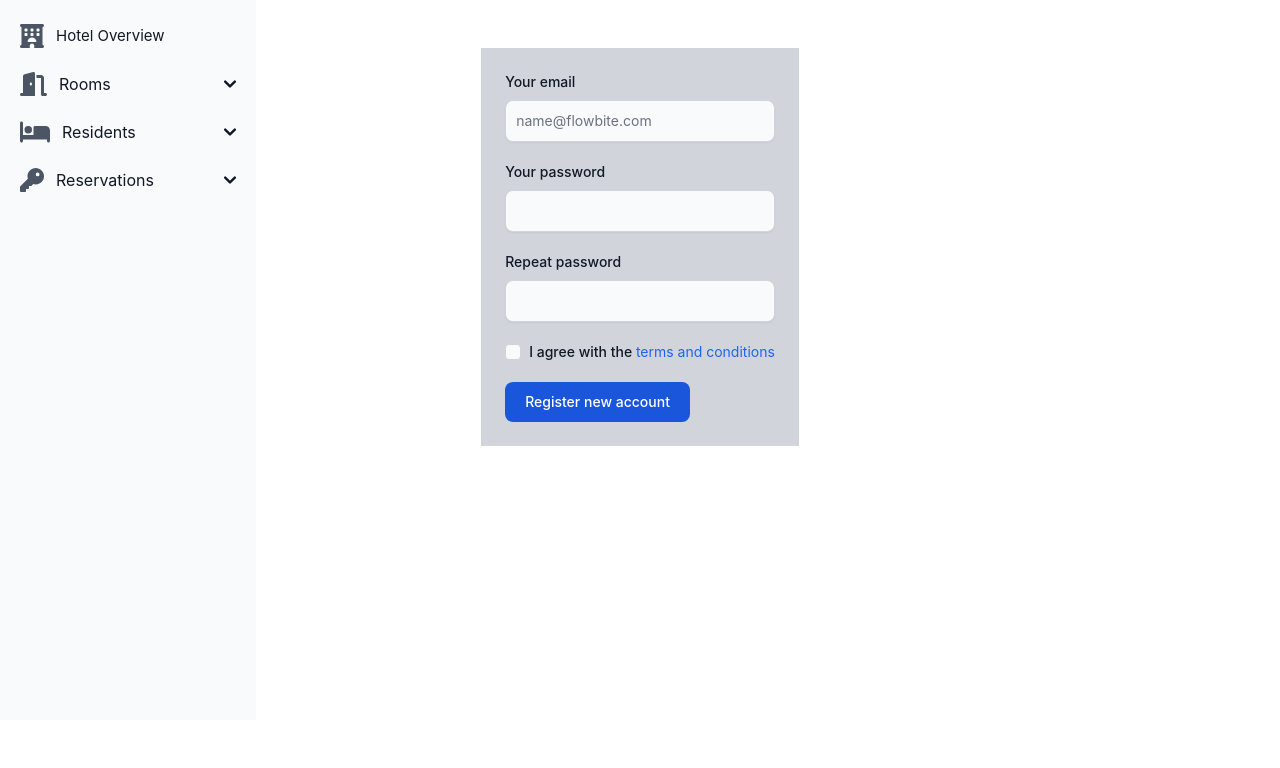
Repository: aggepap/hotelReservationsProj
Page: /rooms/add (app in admin-panel/)
These files come from the project's save history. The page is drawn as it stood at one moment and after the next save; the edit follows.
The browser window is 1280 px wide. The pictures show the whole page.
The project was rebuilt for these pictures with package versions that can differ from the ones it lists, and the page was loaded fresh each time. Also part of the build but not shown: admin-panel/vite.config.ts, admin-panel/src/views/HomeView.vue.

Above is the page before, as saved 2025-01-19 15:42:28.

### admin-panel/index.html
<!DOCTYPE html>
<html lang="">
  <head>
    <meta charset="UTF-8" />
    <link rel="icon" href="/favicon.ico" />
    <meta name="viewport" content="width=device-width, initial-scale=1.0" />
    <title>Vite App</title>
  </head>
  <body>
    <div id="app"></div>
    <script type="module" src="/src/main.ts"></script>
  </body>
</html>

### admin-panel/src/main.ts
import "./assets/main.css";
import "primeicons/primeicons.css";
import "flowbite";

import { createApp } from "vue";
import App from "./App.vue";
import router from "./router";

const app = createApp(App);

app.use(router);

app.mount("#app");

### admin-panel/src/assets/main.css
@import "./base.css";
@tailwind base;
@tailwind components;
@tailwind utilities;

### admin-panel/src/App.vue
<script setup lang="ts">
import { RouterLink, RouterView } from "vue-router";
import { FontAwesomeIcon } from "@fortawesome/vue-fontawesome";
import { faDoorOpen } from "@fortawesome/free-solid-svg-icons";
import { faHotel } from "@fortawesome/free-solid-svg-icons";
import { faBed } from "@fortawesome/free-solid-svg-icons";
import { faKey } from "@fortawesome/free-solid-svg-icons";
</script>

<template>
  <button
    data-drawer-target="sidebar-multi-level-sidebar"
    data-drawer-toggle="sidebar-multi-level-sidebar"
    aria-controls="sidebar-multi-level-sidebar"
    type="button"
    class="inline-flex items-center p-2 mt-2 ms-3 text-sm text-gray-500 rounded-lg sm:hidden hover:bg-gray-100 focus:outline-none focus:ring-2 focus:ring-gray-200 dark:text-gray-400 dark:hover:bg-gray-700 dark:focus:ring-gray-600"
  >
    <span class="sr-only">Open sidebar</span>
    <svg
      class="w-6 h-6"
      aria-hidden="true"
      fill="currentColor"
      viewBox="0 0 20 20"
      xmlns="http://www.w3.org/2000/svg"
    >
      <path
        clip-rule="evenodd"
        fill-rule="evenodd"
        d="M2 4.75A.75.75 0 012.75 4h14.5a.75.75 0 010 1.5H2.75A.75.75 0 012 4.75zm0 10.5a.75.75 0 01.75-.75h7.5a.75.75 0 010 1.5h-7.5a.75.75 0 01-.75-.75zM2 10a.75.75 0 01.75-.75h14.5a.75.75 0 010 1.5H2.75A.75.75 0 012 10z"
      ></path>
    </svg>
  </button>

  <aside
    id="sidebar-multi-level-sidebar"
    class="fixed top-0 left-0 z-40 w-64 h-screen transition-transform -translate-x-full sm:translate-x-0"
    aria-label="Sidebar"
  >
    <div class="h-full px-3 py-4 overflow-y-auto bg-gray-50 dark:bg-gray-800">
      <ul class="space-y-2 font-medium">
        <li>
          <a
            href="#"
            class="flex items-center p-2 text-gray-900 rounded-lg dark:text-white hover:bg-gray-100 dark:hover:bg-gray-700 group"
          >
            <FontAwesomeIcon class="text-gray-600 text-2xl" :icon="faHotel" />
            <span class="ms-3">Hotel Overview</span>
          </a>
        </li>
        <li>
          <button
            type="button"
            class="flex items-center w-full p-2 text-base text-gray-900 transition duration-75 rounded-lg group hover:bg-gray-100 dark:text-white dark:hover:bg-gray-700"
            aria-controls="dropdown-rooms"
            data-collapse-toggle="dropdown-rooms"
          >
            <FontAwesomeIcon
              class="text-gray-600 text-2xl"
              :icon="faDoorOpen"
            />

            <span class="flex-1 ms-3 text-left rtl:text-right whitespace-nowrap"
              >Rooms</span
            >
            <svg
              class="w-3 h-3"
              aria-hidden="true"
              xmlns="http://www.w3.org/2000/svg"
              fill="none"
              viewBox="0 0 10 6"
            >
              <path
                stroke="currentColor"
                stroke-linecap="round"
                stroke-linejoin="round"
                stroke-width="2"
                d="m1 1 4 4 4-4"
              />
            </svg>
          </button>
          <ul id="dropdown-rooms" class="hidden py-2 space-y-2">
            <li>
              <RouterLink
                to="/rooms/add"
                class="flex justify-start gap-2 items-start w-full p-2 text-gray-900 transition duration-75 rounded-lg pl-11 group hover:bg-gray-100 dark:text-white dark:hover:bg-gray-700"
              >
                <i class="pi pi-plus pt-1"></i> Add new Room</RouterLink
              >
            </li>
          </ul>
        </li>
        <li>
          <button
            type="button"
            class="flex items-center w-full p-2 text-base text-gray-900 transition duration-75 rounded-lg group hover:bg-gray-100 dark:text-white dark:hover:bg-gray-700"
            aria-controls="dropdown-residents"
            data-collapse-toggle="dropdown-residents"
          >
            <FontAwesomeIcon class="text-gray-600 text-2xl" :icon="faBed" />

            <span class="flex-1 ms-3 text-left rtl:text-right whitespace-nowrap"
              >Residents</span
            >
            <svg
              class="w-3 h-3"
              aria-hidden="true"
              xmlns="http://www.w3.org/2000/svg"
              fill="none"
              viewBox="0 0 10 6"
            >
              <path
                stroke="currentColor"
                stroke-linecap="round"
                stroke-linejoin="round"
                stroke-width="2"
                d="m1 1 4 4 4-4"
              />
            </svg>
          </button>
          <ul id="dropdown-residents" class="hidden py-2 space-y-2">
            <li>
              <a
                href="#"
                class="flex justify-start gap-2 items-start w-full p-2 text-gray-900 transition duration-75 rounded-lg pl-11 group hover:bg-gray-100 dark:text-white dark:hover:bg-gray-700"
              >
                <i class="pi pi-plus pt-1"></i> Add a Resident</a
              >
            </li>
          </ul>
        </li>
        <li>
          <button
            type="button"
            class="flex items-center w-full p-2 text-base text-gray-900 transition duration-75 rounded-lg group hover:bg-gray-100 dark:text-white dark:hover:bg-gray-700"
            aria-controls="dropdown-reservations"
            data-collapse-toggle="dropdown-reservations"
          >
            <FontAwesomeIcon class="text-gray-600 text-2xl" :icon="faKey" />

            <span class="flex-1 ms-3 text-left rtl:text-right whitespace-nowrap"
              >Reservations</span
            >
            <svg
              class="w-3 h-3"
              aria-hidden="true"
              xmlns="http://www.w3.org/2000/svg"
              fill="none"
              viewBox="0 0 10 6"
            >
              <path
                stroke="currentColor"
                stroke-linecap="round"
                stroke-linejoin="round"
                stroke-width="2"
                d="m1 1 4 4 4-4"
              />
            </svg>
          </button>
          <ul id="dropdown-reservations" class="hidden py-2 space-y-2">
            <li>
              <a
                href="#"
                class="flex justify-start gap-2 items-start w-full p-2 text-gray-900 transition duration-75 rounded-lg pl-11 group hover:bg-gray-100 dark:text-white dark:hover:bg-gray-700"
              >
                <i class="pi pi-plus pt-1"></i> Add a Reservation</a
              >
            </li>
          </ul>
        </li>
      </ul>
    </div>
  </aside>

  <main class="flex items-start w-full h-screen mt-12">
    <div class="mx-auto max-w-screen-xl p-4 md:p-6 bg-gray-300">
      <RouterView />
    </div>
  </main>
</template>

### admin-panel/src/router/index.ts
import { createRouter, createWebHistory } from "vue-router";
import HomeView from "../views/HomeView.vue";
import AddRoomView from "@/views/roomviews/AddRoomView.vue";

const router = createRouter({
  history: createWebHistory(import.meta.env.BASE_URL),
  routes: [
    {
      path: "/",
      name: "home",
      component: HomeView,
    },
    {
      path: "/rooms/add",
      name: "addRoom",
      component: AddRoomView,
    },
    {
      path: "/about",
      name: "about",
      // route level code-splitting
      // this generates a separate chunk (About.[hash].js) for this route
      // which is lazy-loaded when the route is visited.
      component: () => import("../views/AboutView.vue"),
    },
  ],
});

export default router;

### admin-panel/src/views/roomviews/AddRoomView.vue
<script setup></script>

<template>
  <form class="max-w-sm mx-auto">
    <div class="mb-5">
      <label
        for="email"
        class="block mb-2 text-sm font-medium text-gray-900 dark:text-white"
        >Your email</label
      >
      <input
        type="email"
        id="email"
        class="shadow-sm bg-gray-50 border border-gray-300 text-gray-900 text-sm rounded-lg focus:ring-blue-500 focus:border-blue-500 block w-full p-2.5 dark:bg-gray-700 dark:border-gray-600 dark:placeholder-gray-400 dark:text-white dark:focus:ring-blue-500 dark:focus:border-blue-500 dark:shadow-sm-light"
        placeholder="name@flowbite.com"
        required
      />
    </div>
    <div class="mb-5">
      <label
        for="password"
        class="block mb-2 text-sm font-medium text-gray-900 dark:text-white"
        >Your password</label
      >
      <input
        type="password"
        id="password"
        class="shadow-sm bg-gray-50 border border-gray-300 text-gray-900 text-sm rounded-lg focus:ring-blue-500 focus:border-blue-500 block w-full p-2.5 dark:bg-gray-700 dark:border-gray-600 dark:placeholder-gray-400 dark:text-white dark:focus:ring-blue-500 dark:focus:border-blue-500 dark:shadow-sm-light"
        required
      />
    </div>
    <div class="mb-5">
      <label
        for="repeat-password"
        class="block mb-2 text-sm font-medium text-gray-900 dark:text-white"
        >Repeat password</label
      >
      <input
        type="password"
        id="repeat-password"
        class="shadow-sm bg-gray-50 border border-gray-300 text-gray-900 text-sm rounded-lg focus:ring-blue-500 focus:border-blue-500 block w-full p-2.5 dark:bg-gray-700 dark:border-gray-600 dark:placeholder-gray-400 dark:text-white dark:focus:ring-blue-500 dark:focus:border-blue-500 dark:shadow-sm-light"
        required
      />
    </div>
    <div class="flex items-start mb-5">
      <div class="flex items-center h-5">
        <input
          id="terms"
          type="checkbox"
          value=""
          class="w-4 h-4 border border-gray-300 rounded bg-gray-50 focus:ring-3 focus:ring-blue-300 dark:bg-gray-700 dark:border-gray-600 dark:focus:ring-blue-600 dark:ring-offset-gray-800 dark:focus:ring-offset-gray-800"
          required
        />
      </div>
      <label
        for="terms"
        class="ms-2 text-sm font-medium text-gray-900 dark:text-gray-300"
        >I agree with the
        <a href="#" class="text-blue-600 hover:underline dark:text-blue-500"
          >terms and conditions</a
        ></label
      >
    </div>
    <button
      type="submit"
      class="text-white bg-blue-700 hover:bg-blue-800 focus:ring-4 focus:outline-none focus:ring-blue-300 font-medium rounded-lg text-sm px-5 py-2.5 text-center dark:bg-blue-600 dark:hover:bg-blue-700 dark:focus:ring-blue-800"
    >
      Register new account
    </button>
  </form>
</template>

### admin-panel/tailwind.config.js
/** @type {import('tailwindcss').Config} */
export default {
  content: [
    "./index.html",
    "./src/**/*.{vue,js,ts,jsx,tsx}",
    "./node_modules/flowbite/**/*.js",
  ],
  theme: {
    extend: {},
  },
  plugins: [require("flowbite/plugin")],
};

Loaded but not shown: admin-panel/src/assets/base.css (common file)

After the next save:
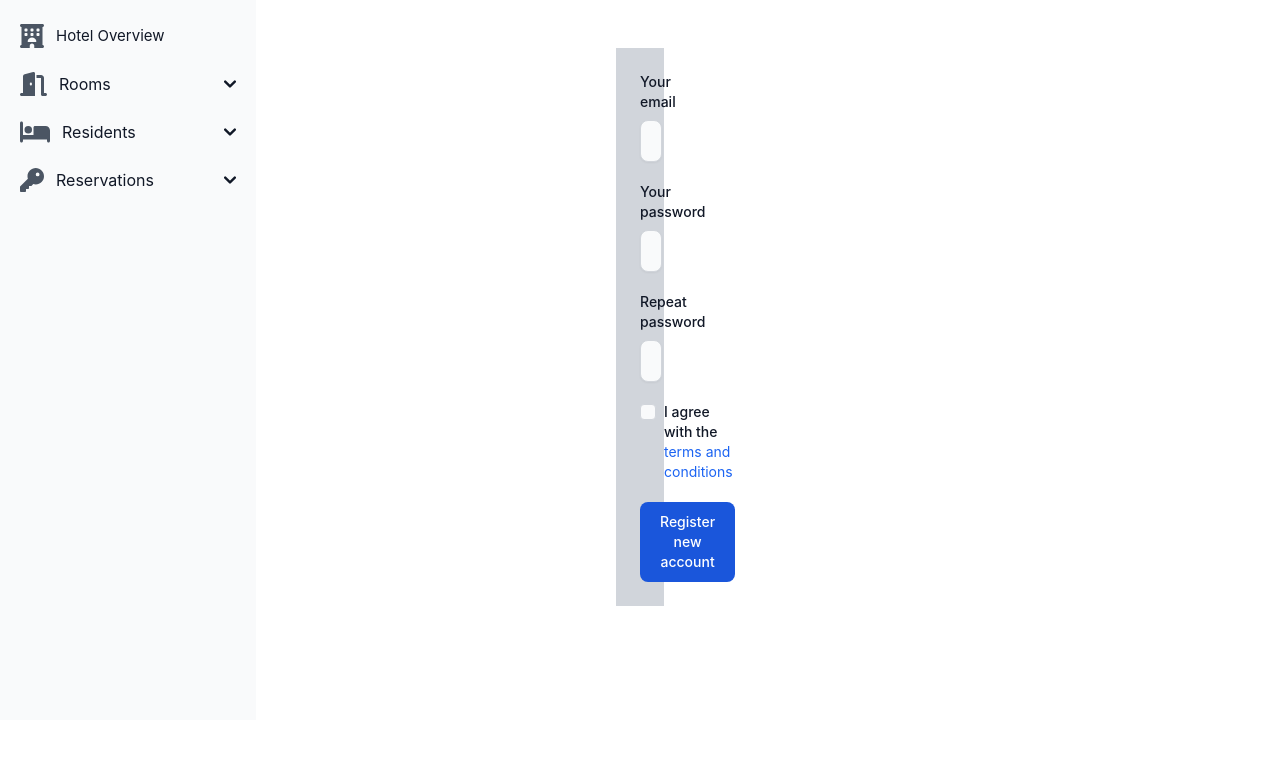
Saved 18 s later.
--- a/admin-panel/src/App.vue
+++ b/admin-panel/src/App.vue
@@ -172,7 +172,7 @@ import { faKey } from "@fortawesome/free-solid-svg-icons";
   </aside>
 
   <main class="flex items-start w-full h-screen mt-12">
-    <div class="mx-auto max-w-screen-xl p-4 md:p-6 bg-gray-300">
+    <div class="mx-auto w-10 max-w-screen-xl p-4 md:p-6 bg-gray-300">
       <RouterView />
     </div>
   </main>
